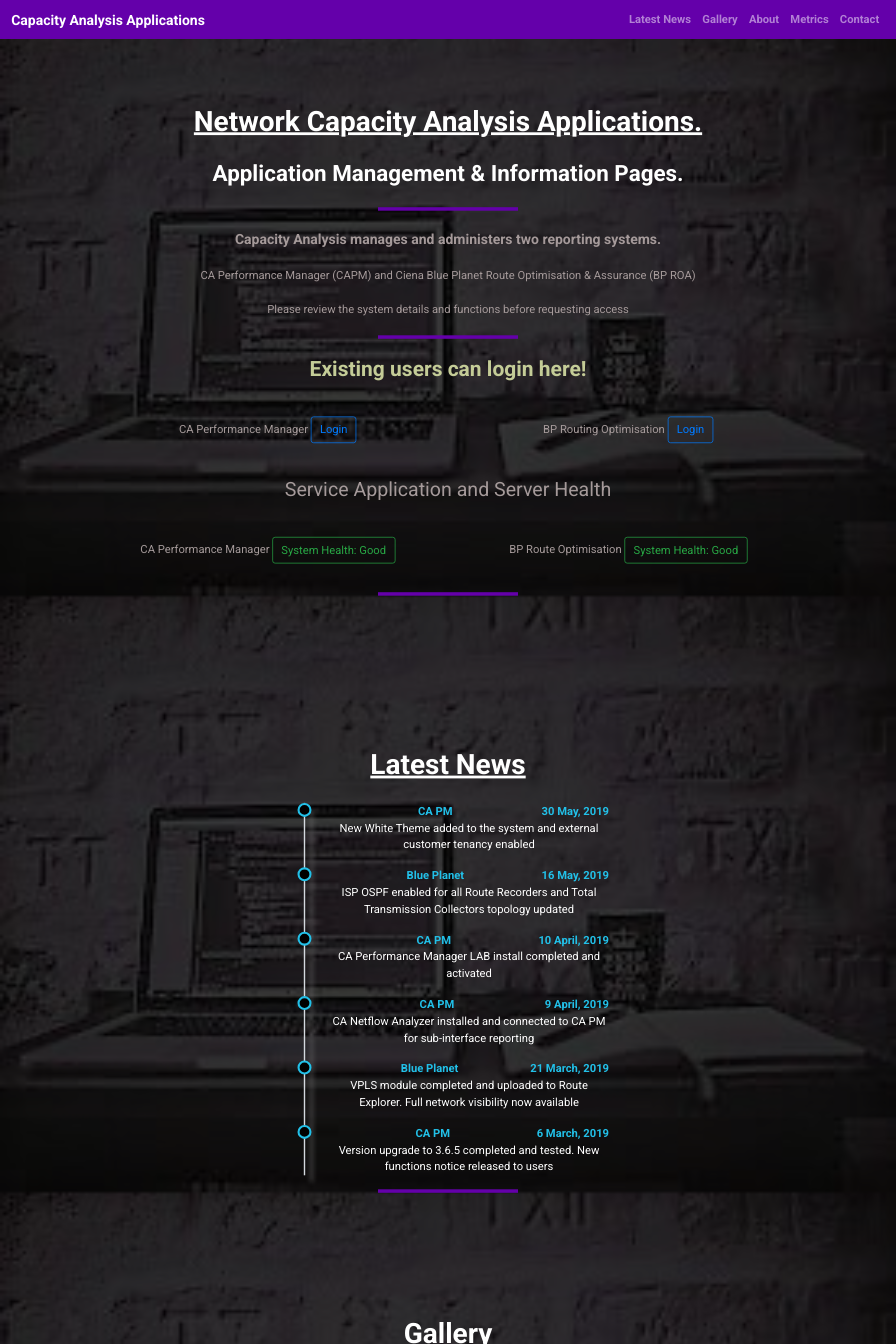
Repository: Mofarrell1967/Application-Manager
Page: index.html
The author's editor kept a record of every edit. The page is drawn from the files as they stood at one moment, then again after the next edit.
The browser window is 1280 px wide. The pictures show the part of the page from y = 0 to 1920 px (the page is 2744 px tall before and 2285 px after), at 70% of full size.
Backgrounds fixed to the window are drawn as part of the page. Some web libraries are served in a nearby version.

Above is the page before.

After the next edit:
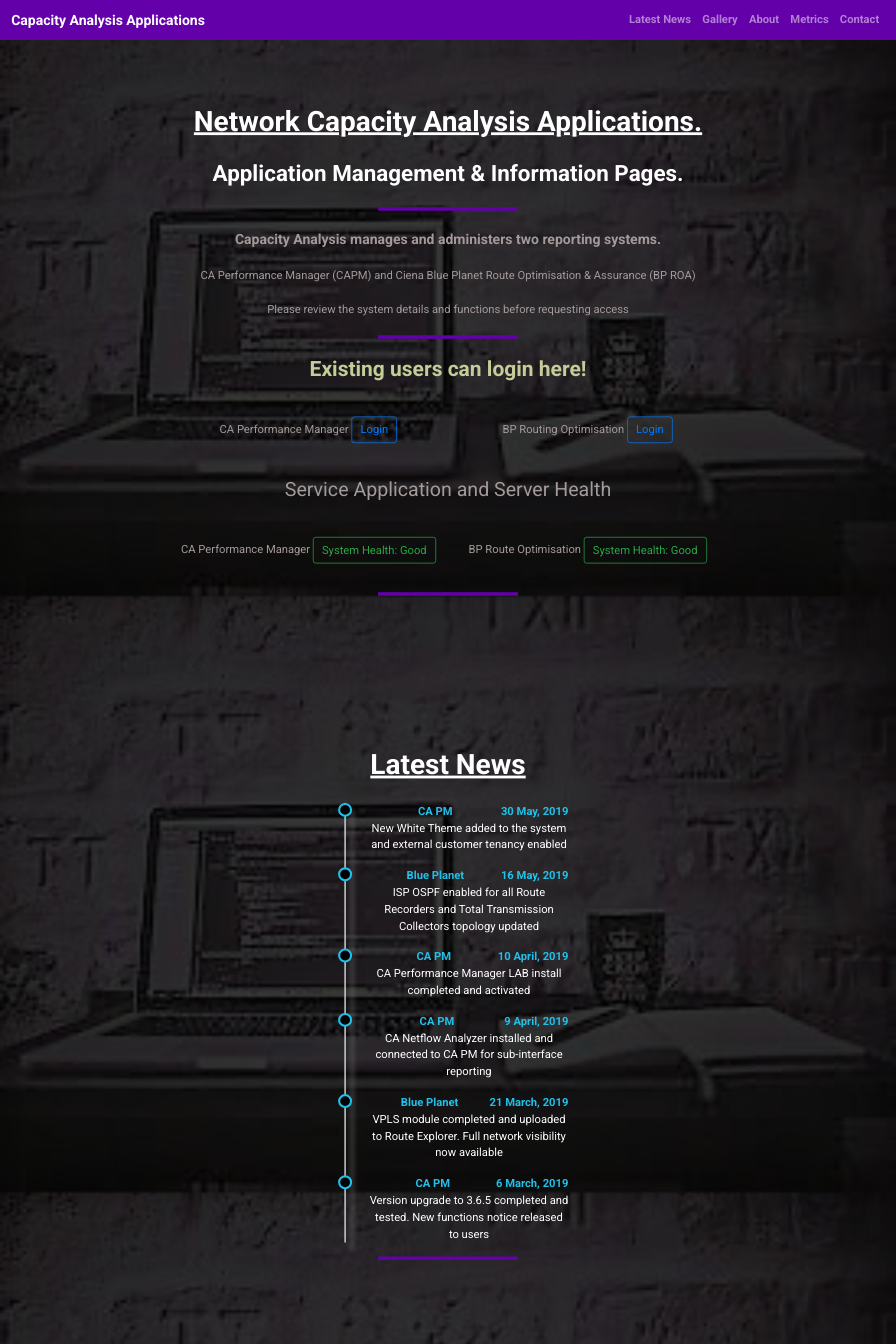
The edit:
--- a/index.html
+++ b/index.html
@@ -149,7 +149,7 @@
                 </ul>
 
 
-                <!-- The slideshow -->
+                <!-- The slideshow
                 <div class="carousel-inner">
                   <div class="carousel-item active">
                     <img src="images/bp-analysis.jpg" alt="1" class="img-fluid rounded">
